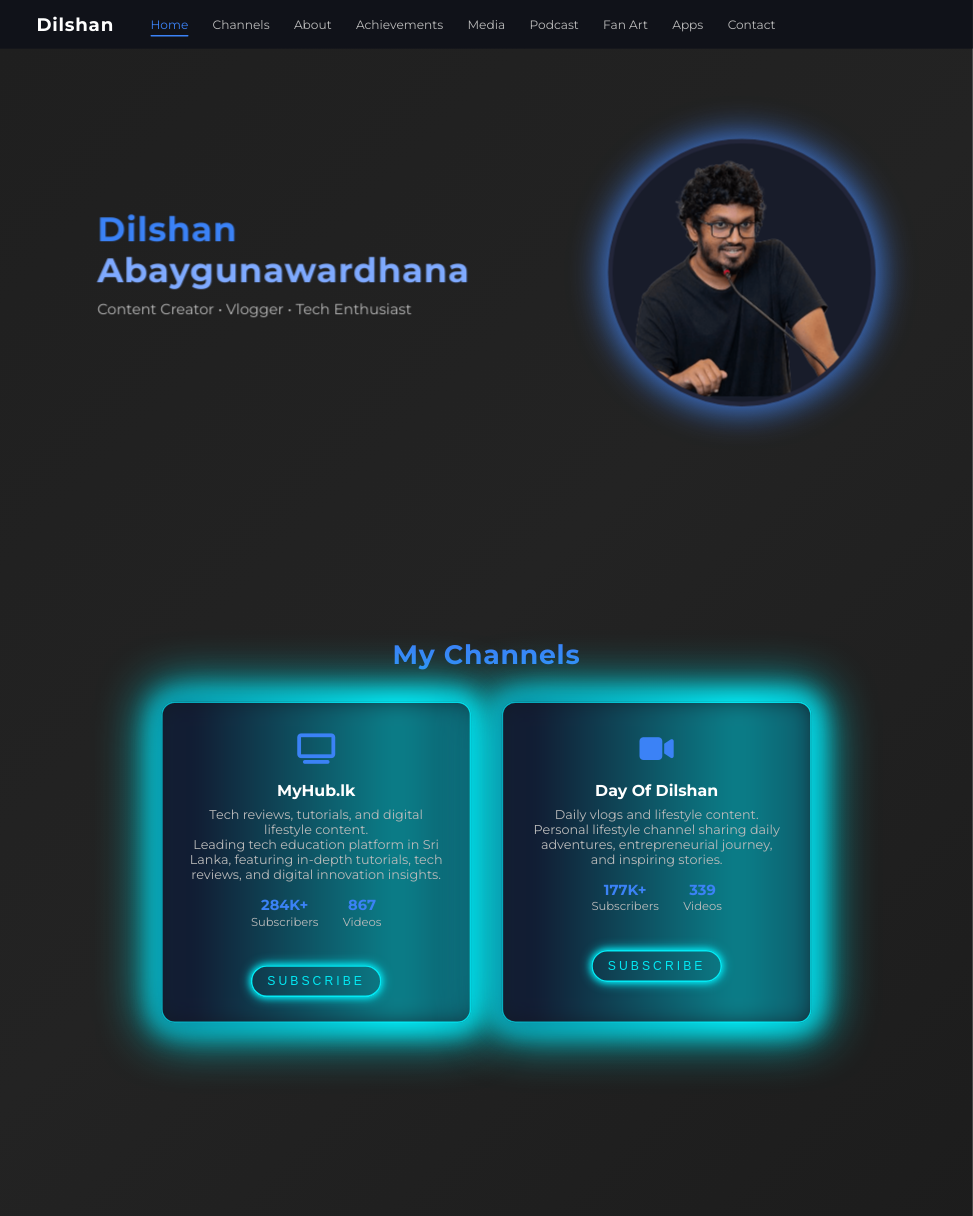
Repository: notyourclose/https-github.com-notyourclose-dilshan-abeygunawardana5
Page: index.html
An editor plug-in stored every save of this project. The page is shown before and after the next save, followed by the edit.
The browser window is 1280 px wide. The pictures show the whole page, at 76% of full size.

Above is the page before, as saved 2025-05-14 15:18:11.

After the next save:
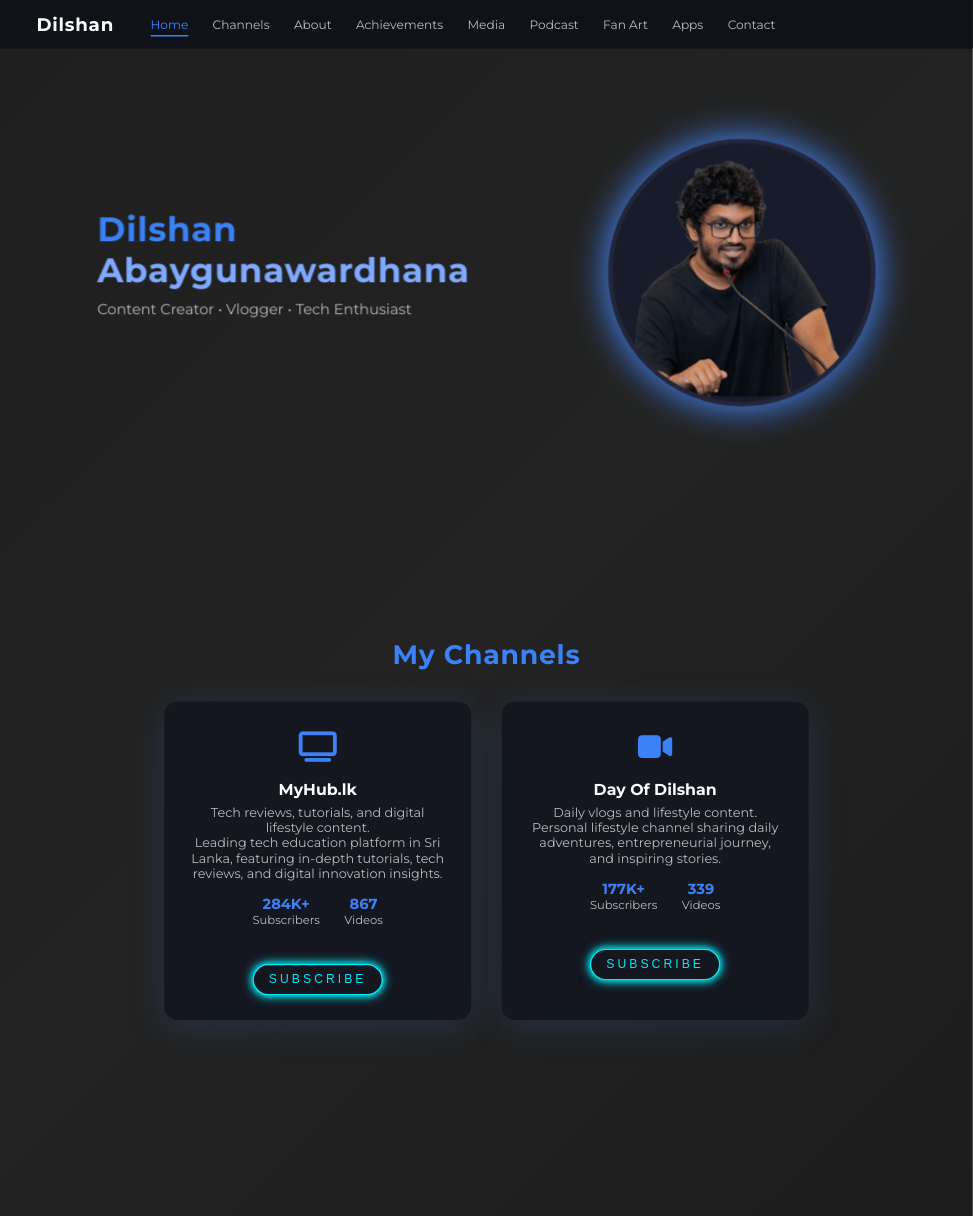
Saved 2 min 11 s later.
--- a/index.html
+++ b/index.html
@@ -181,7 +181,7 @@
         .channel-card {
             background: rgba(20, 22, 32, 0.98);
             border-radius: 18px;
-            box-shadow: 0 0 16px 2px #03e9f4, 0 0 32px 4px #03e9f4;
+            box-shadow: 0 4px 32px 0 rgba(59,130,246,0.10);
             padding: 36px 32px 32px 32px;
             width: 340px;
             display: flex;
@@ -191,35 +191,22 @@
             position: relative;
             opacity: 0;
             transform: translateY(60px);
-            border: 2px solid #03e9f4;
+            border: none;
             background-clip: padding-box;
         }
         .channel-card.visible {
             opacity: 1;
             transform: translateY(0);
-            box-shadow: 0 0 32px 8px #03e9f4, 0 0 64px 16px #03e9f4;
+            box-shadow: 0 8px 48px 0 rgba(59,130,246,0.18);
         }
         .channel-card::before {
-            content: '';
-            position: absolute;
-            top: -8px; left: -8px; right: -8px; bottom: -8px;
-            border-radius: 22px;
-            background: linear-gradient(90deg, #03e9f4, #111b3f, #03e9f4, #111b3f);
-            background-size: 200% 200%;
-            filter: blur(16px);
-            opacity: 0.5;
-            z-index: 0;
-            animation: neonGlowCard 2.5s linear infinite;
-        }
-        @keyframes neonGlowCard {
-            0% { background-position: 0% 50%; }
-            50% { background-position: 100% 50%; }
-            100% { background-position: 0% 50%; }
+            display: none;
         }
         .channel-card > * { position: relative; z-index: 1; }
-        .channel-card:hover {
-            transform: translateY(-8px) scale(1.03);
+        .channel-card.clicked {
             box-shadow: 0 8px 48px 0 rgba(59,130,246,0.18);
+            transform: scale(1.03);
+            transition: transform 0.2s cubic-bezier(.77,0,.18,1), box-shadow 0.2s cubic-bezier(.77,0,.18,1);
         }
         .channel-icon {
             font-size: 2.5rem;
@@ -317,11 +304,6 @@
             .channels-section {
                 padding: 100px 0 24px 0;
             }
-        }
-        .channel-card.clicked {
-            box-shadow: 0 0 64px 16px #03e9f4, 0 0 128px 32px #03e9f4;
-            transform: scale(1.07);
-            transition: transform 0.2s cubic-bezier(.77,0,.18,1), box-shadow 0.2s cubic-bezier(.77,0,.18,1);
         }
     </style>
     <!-- For icons -->
